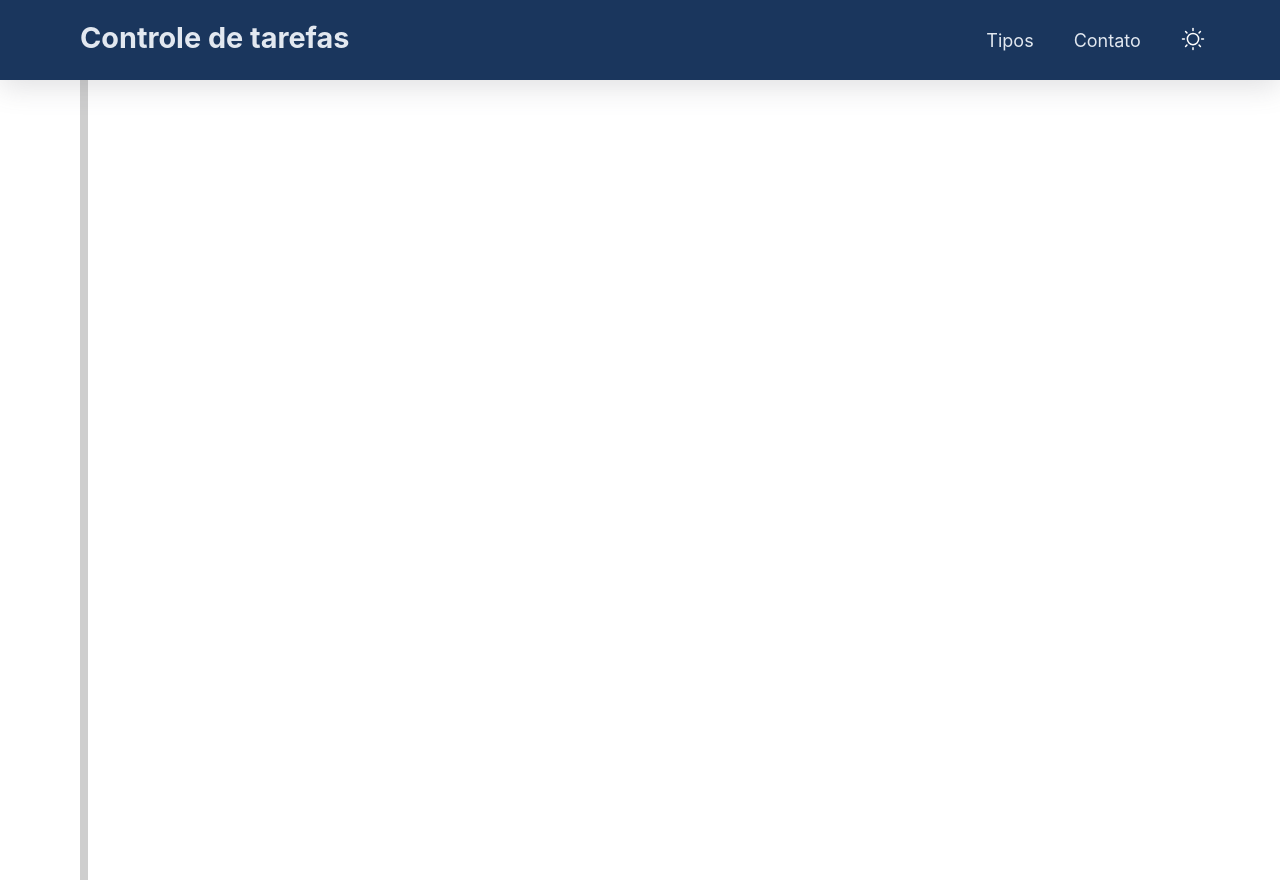
Repository: leosulzbach/Hackaton-Relampago
Page: /tipos (app in Front/)
The author's editor kept a copy of each file at every save. The page is drawn from the files as they stood at one save, then again after the next save.
The browser window is 1280 px wide. The pictures show the whole page.
The page's requests for data from a server got no answer. The project was rebuilt for these pictures with package versions that can differ from the ones it lists, and the page was loaded fresh each time. No one was signed in, and anything a server would have sent is missing. Also part of the build but not shown: Front/vite.config.ts, Front/src/Components/Cards/CadInfo.styles.ts, Front/src/Components/Cards/CardInfo.tsx, Front/src/Components/Cards/Cards.styles.ts, Front/src/Components/Cards/Card.tsx, Front/src/Pages/home.tsx.

Above is the page before, as saved 2022-11-07 16:50:46.

After the next save:
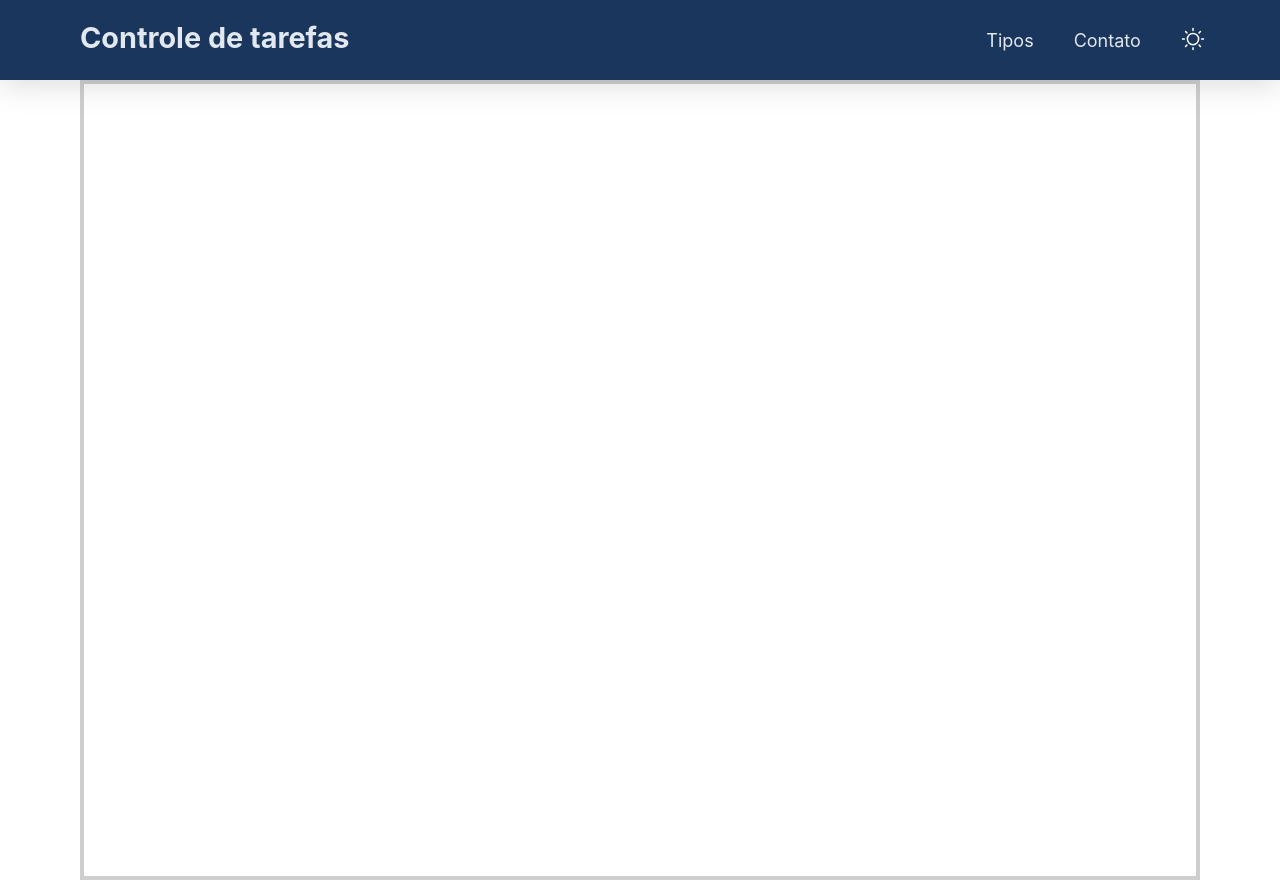
Saved 16 s later.
--- a/Front/src/Pages/tipos.tsx
+++ b/Front/src/Pages/tipos.tsx
@@ -28,7 +28,7 @@ export const Tipos = () => {
         });
     }, []);
 
-    console.log(CadastroList)
+        console.log(CadastroList)
 
 
 
@@ -36,23 +36,22 @@ export const Tipos = () => {
         <Flex>
             <Header />
             <Flex
-
-                align={"center"}
-
+            w={'100%'}
+            align={"center"}
 
             >
                 <Box
-                    mt={"5rem"}
-                    ml={"5rem"}
-                    mr={"5rem"}
-                    border={"4px solid #cecece"}
-                    w={'90%'}
-                    h={'800px'}>
-                </Box>
+             mt={"5rem"}
+            ml={"5rem"}
+            mr={"5rem"}
+            border={"4px solid #cecece"}
+            w={'90%'}
+            h={'800px'}>
+            </Box>
             </Flex>
 
 
-        </Flex>
+           </Flex>
 
     )
 
